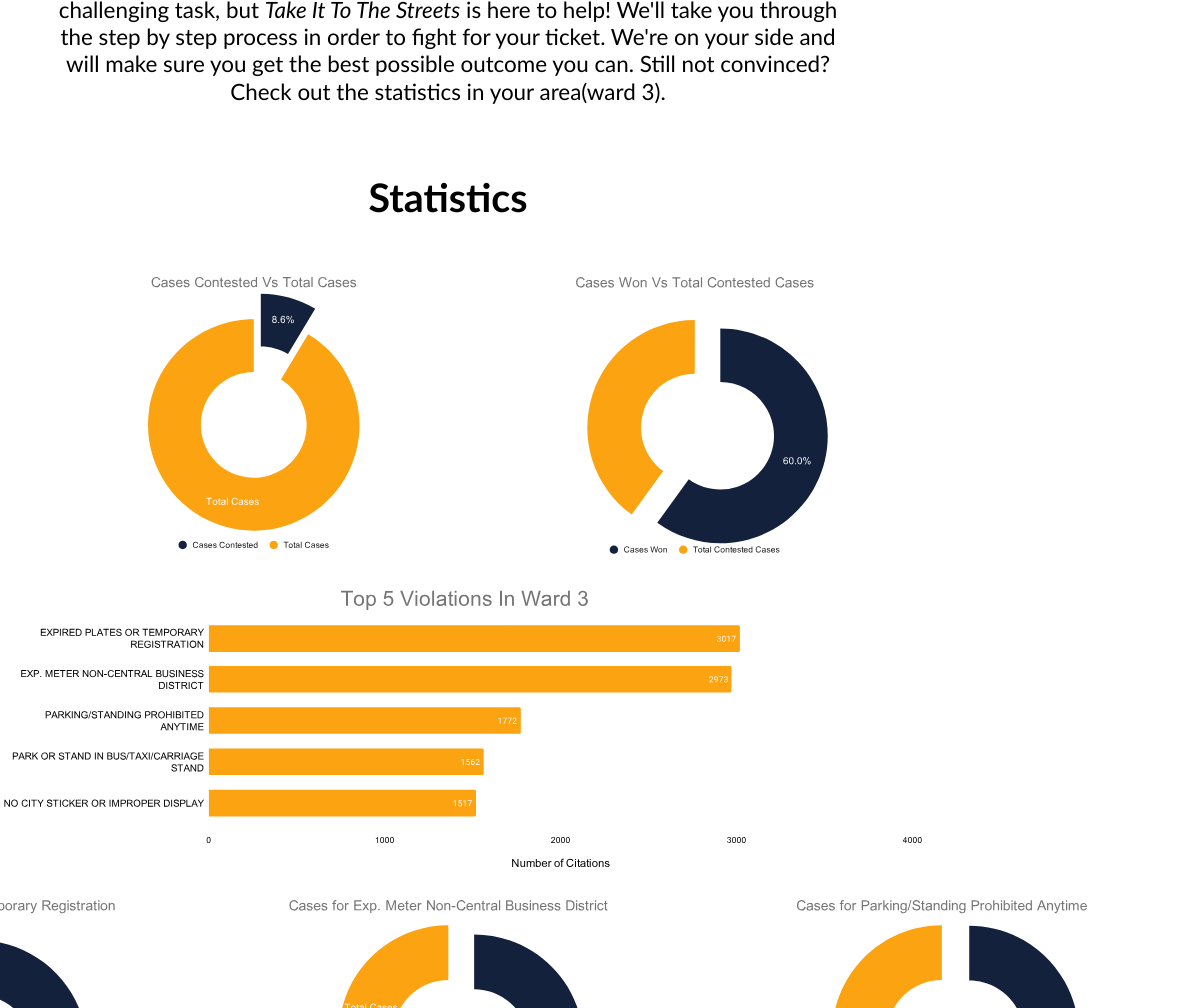
Repository: rdass1/COM421-FinalProject
Page: Website/index.html
The author's editor kept a copy of each file at every save. The page is drawn from the files as they stood at one save, then again after a run of saves.
The browser window is 1280 px wide. The page is 1698 px wide, so the pictures cover 1698 px, including what lies to the right of the window. The pictures show the part of the page from y = 706 to 2146 px (the page is 2926 px tall before and 2927 px after), at 70% of full size.

Above is the page before, as saved 2021-05-12 05:14:05.
Console error: TypeError: Cannot read properties of undefined (reading 'style')

After the next 2 saves:
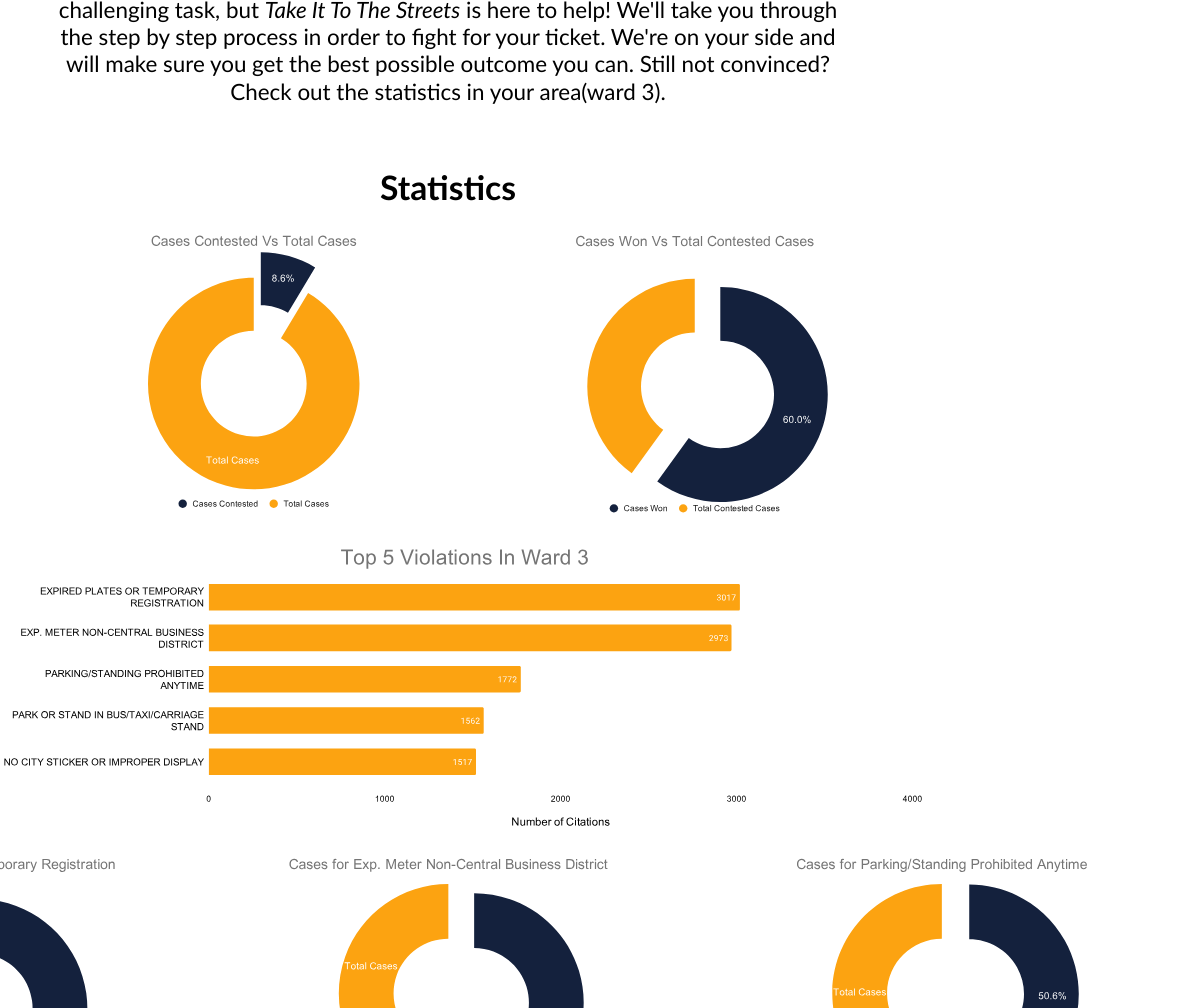
The 2 saves are shown as one change because they came seconds apart.
The last was saved 7 s later.
--- a/Website/css/index.css
+++ b/Website/css/index.css
@@ -195,6 +195,12 @@ html{
 }
 
 
-.resources{
-
-}
+#resources{
+
+}
+
+h3{
+    text-align: center;
+    font-size: 3rem;
+    margin-bottom:15px;
+}
